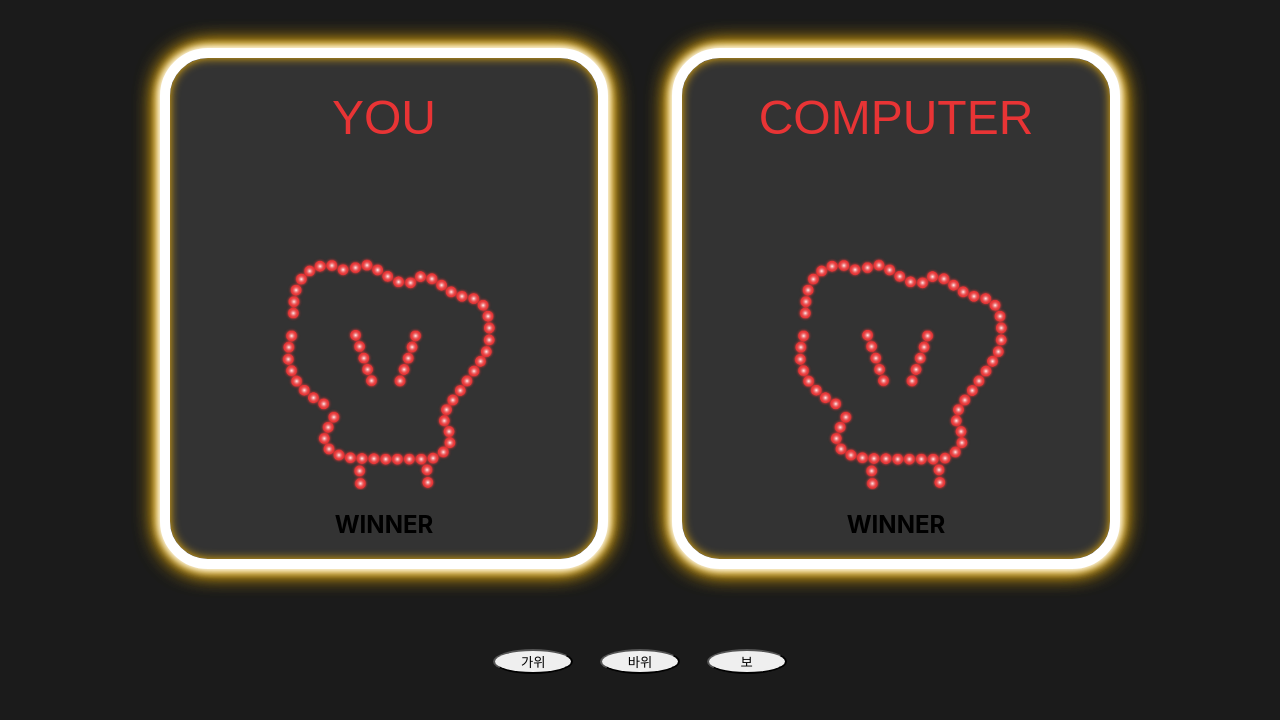
Repository: KIMMIHYE12/classComponent
Page: /
These files come from the project's save history. The page is drawn as it stood at one moment and after the next save; the edit follows.
The browser window is 1280 px wide. The pictures show the whole page.
Some web fonts or font styles are not loaded; a fallback is used. The project was rebuilt for these pictures with package versions that can differ from the ones it lists, and the page was loaded fresh each time.

Above is the page before, as saved 2024-03-18 22:14:52.

### src/App.js
import "./App.css";
import { Box } from "./component/Box";

function App() {
  return (
    <div className='content'>
      <div className='game_screen'>
        <Box title='YOU' />
        <Box title='COMPUTER' />
      </div>
      <div className='btn_wrap'>
        <button className='scissor'>가위</button>
        <button className='rock'>바위</button>
        <button className='paper'>보</button>
      </div>
    </div>
  );
}

export default App;

### src/App.css
@import url("https://use.typekit.net/ebb2deg.css");

* {
  box-sizing: border-box;
}

.content {
  height: 100vh;
  padding: 3em 0;
  background-color: #1b1b1b;
}

.game_screen {
  width: 100%;
  display: flex;
  justify-content: center;
}

.box {
  width: 35%;
  display: flex;
  flex-direction: column;
  align-items: center;
  margin: 0 2em;
  border: 10px solid #fff;
  background: #333;
  border-radius: 3rem;
  box-shadow: 0 0 10px #fff, 0 0 10px #fff, 0 0 24px #f5b70c, 0 0 16px #f5b70c,
    0 0 24px #f5b70c, inset 0 0 10px #f5b70c;
}

h1 {
  font-size: 3em;
  color: #e83435;
  font-family: "gloridot", sans-serif;
  font-weight: 400;
  font-style: normal;
}

img {
  width: 70%;
}

.btn_wrap {
  margin-top: 5em;
  display: flex;
  justify-content: center;
}

.btn_wrap button {
  position: relative;
  width: 6em;
  height: 4m;
  margin: 0 1em;
  border-radius: 50%;
  top: 0;
}

.btn_wrap button:active {
  top: 6px;
}

.btn_wrap button:active:before {
  top: 0;
  box-shadow: 0 3px 3px rgba(0, 0, 0, 0.7), 0 3px 9px rgba(0, 0, 0, 0.2);
}

.btn_wrap button:before {
  display: inline-block;
  content: "";
  position: absolute;
  left: 0;
  right: 0;
  z-index: -1;
  top: px;
  border-radius: 5px;
  height: 6px;
  background: linear-gradient(
    to top,
    saturate(darken(#7fbb98, 40%), 15%) 0%,
    saturate(darken(#7fbb98, 25%), 10%) 6px
  );
  transition: all ((0.06 * 1.3) + s) ease-out;
  box-shadow: 0 1px 0 2px rgba(0, 0, 0, 0.3), 0 5px 24px rgba(0, 0, 0, 0.5),
    0 10px 9px rgba(0, 0, 0, 0.2);
}

### src/component/Box.js
import React from "react";

export const Box = (props) => {
  console.log(props);
  return (
    <div className='box'>
      <h1>{props.title}</h1>
      <img src='/images/rock.png' alt='바위' />
      <h2>WINNER</h2>
    </div>
  );
};

Loaded but not shown: public/index.html (common file); src/index.js (common file); src/index.css (common file); src/reportWebVitals.js (common file)

After the next save:
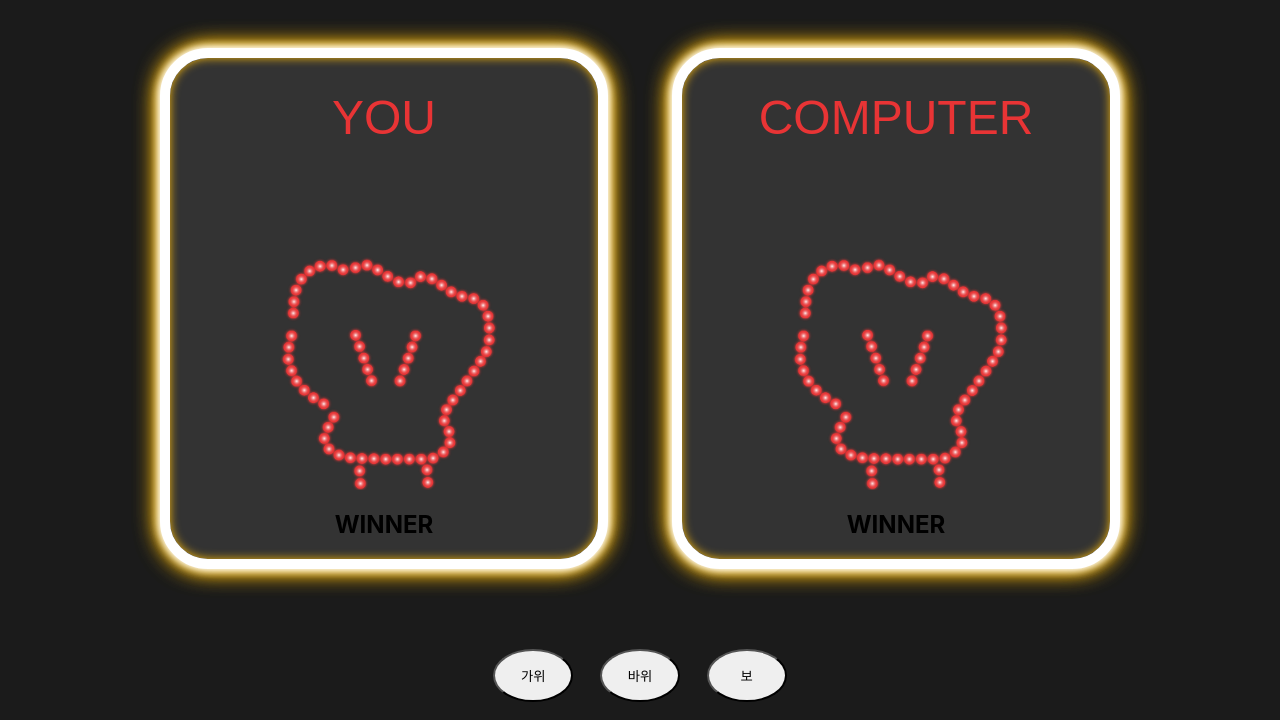
Saved 4 s later.
--- a/src/App.css
+++ b/src/App.css
@@ -50,7 +50,7 @@ img {
 .btn_wrap button {
   position: relative;
   width: 6em;
-  height: 4m;
+  height: 4em;
   margin: 0 1em;
   border-radius: 50%;
   top: 0;
